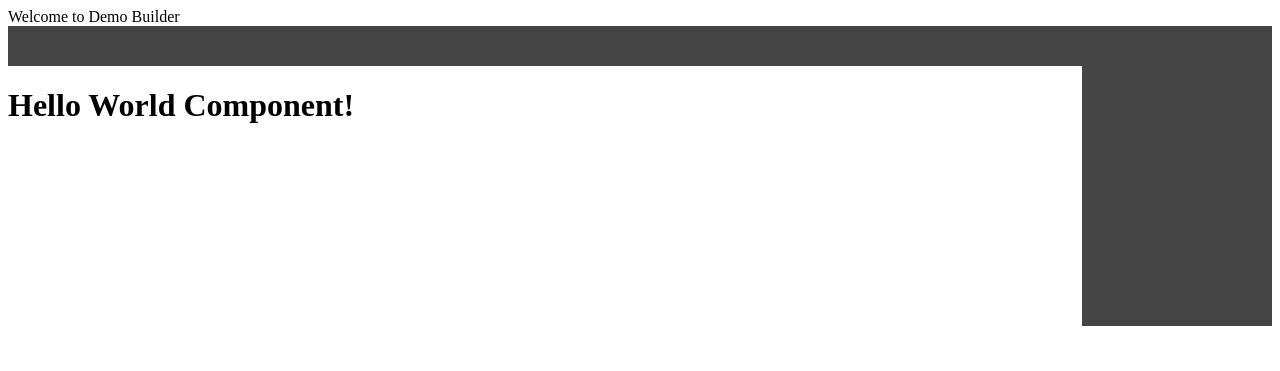
Repository: adityakulkarni000/DemoBuilder
Page: index.html
The author's editor kept a copy of each file at every save. The page is drawn from the files as they stood at one save, then again after the next save.
The browser window is 1280 px wide. The pictures show the whole page.

Above is the page before, as saved 2022-06-19 00:18:18.

### index.html
<html>
  <header>Welcome to Demo Builder</header>
  <link rel="stylesheet" href="css/grapes.min.css" />
  <script src="lib/grapes.min.js"></script>
  <body>
    <div id="gjs">
      <h1>Hello World Component!</h1>
    </div>
  </body>
  <script>
    const editor = grapesjs.init({
      // Indicate where to init the editor. You can also pass an HTMLElement
      container: "#gjs",
      // Get the content for the canvas directly from the element
      // As an alternative we could use: `components: '<h1>Hello World Component!</h1>'`,
      fromElement: true,
      // Size of the editor
      height: "300px",
      width: "auto",
      // Disable the storage manager for the moment
      storageManager: false,
      // Avoid any default panel
      panels: { defaults: [] },
    });
  </script>
</html>

Loaded but not shown: css/grapes.min.css (library); lib/grapes.min.js (library)

After the next save:
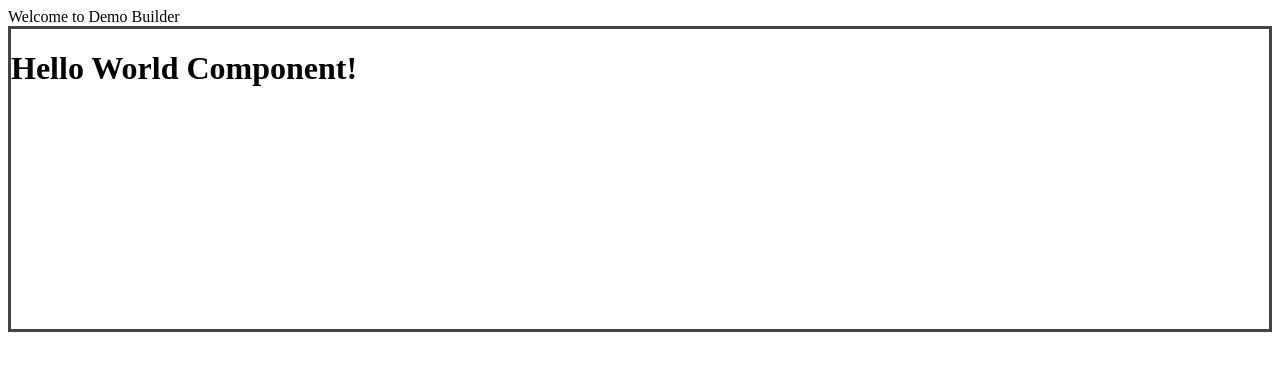
Saved 64 s later.
--- a/index.html
+++ b/index.html
@@ -2,6 +2,19 @@
   <header>Welcome to Demo Builder</header>
   <link rel="stylesheet" href="css/grapes.min.css" />
   <script src="lib/grapes.min.js"></script>
+  <style>
+    /* Let's highlight canvas boundaries */
+    #gjs {
+      border: 3px solid #444;
+    }
+
+    /* Reset some default styling */
+    .gjs-cv-canvas {
+      top: 0;
+      width: 100%;
+      height: 100%;
+    }
+  </style>
   <body>
     <div id="gjs">
       <h1>Hello World Component!</h1>
